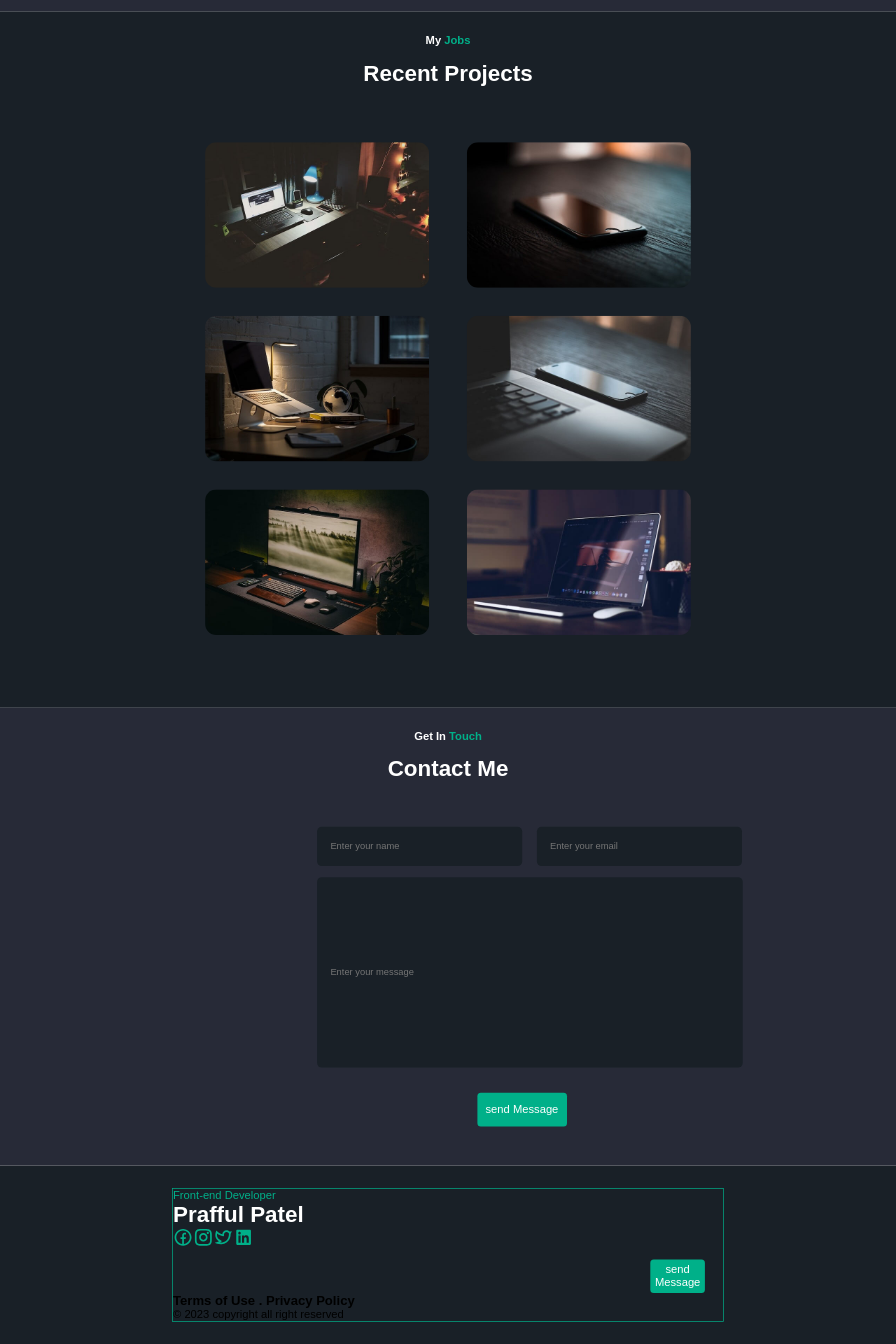
Repository: PraffulPatel27/Portfolio_2.0
Page: index.html
These files come from the project's save history. The page is drawn as it stood at one moment and after the next save; the edit follows.
The browser window is 1280 px wide. The pictures show the part of the page from y = 2303 to 4223 px (the page is 4223 px tall before and 4177 px after), at 70% of full size.

Above is the page before, as saved 2024-01-02 21:05:44.

### index.html
<!DOCTYPE html>
<html lang="en">
<head>
    <meta charset="UTF-8">
    <meta name="viewport" content="width=device-width, initial-scale=1.0">
    <title>Portfolio website complete</title>
    <link rel="stylesheet" href="style.css">
</head>
<body>

  <div class="container-first">
    <!-- /*********************** nav bar **************************/ -->
        <nav class="header">
            <h1>Portfolio</h1>

            <div class="nav-bar">
                <ul>
                    <li class="c1">Home</li>
                    <li> <a id="unique" href="#about">About</a></li>
                    <li>Services</li>
                    <li>Projects</li>
                    <li>Contact</li>
                </ul>
            </div>

        </nav>
        <!-- <div class="head-1"></div> -->



    <!-- /*********************** Section - 1 **************************/ -->
    <div class="first-main-content">
      <div class="left-content">
        <!-- <h1> Hi, </h1> -->
        <p class="ch"> Hello, </p>
        <p class="ch" id="bl"> I'm  </p>
        <h1 id="name-author"> Prafful Patel</h1>
        <h1> Front-end Developer </h1>

        <button class="btn"> Contact </button>
        <div class="social">
            <img src="images/insta.svg">
            <img src="images/fb.svg">
            <img src="images/github.svg">
        </div>
    </div>

   <img class="pic" src="images/profile-pic-circle.png">
   </div>


    <!-- /*********************** Section - 2 **************************/ -->
    <div class="section-2">
            <p class="heading-about"> About </p>

        <div class="front-2_under">
            <div class="left-content">
                <img class="left-img" src="images/image-portfolio.jpg">
            </div>

            <div class="right-para" id="about">
                <p class="heading-2"> I'am Prafful </p>
                <p class="description"> I'm Prafful Patel, a B.Tech. student specializing in AIML and
                    deiving into frontend development. With an unyielding passion
                    for emerging technologies, I'm committed to exploring the
                    digital frontier. My foundation in AIML, coupled with my
                    growing frontend skills, fuels my drive to push technological
                    boundaries and contribute to the ever-evolving tech
                    landscape. Thank you for visiting my portfolio; I eagerly
                    anticipate connecting with fellow enthusiasts and
                    organizations to shape the future of technology. </p>
            </div>
        </div>

    </div>


    <!-- /*********************** Section - 3 **************************/ -->

    <div class="section-3">
        <div class="bx-1">
            <p class="sm" > Favorite </p>
            <p class="sm" id="fsm"> Skills</p>
            <h1> My Skills</h1>

            <p class="skills-info">See fully what skills I have and perform, to
                develop the projects for you.</p>
            <button class="see-project"> See Projects </button>
        </div>

        <div class="bx-2">
          <div class="skill-nm">
            <p class="sl">01. </p>
            <p class="sl" id="lsm">HTML & CSS</p>
          </div>

          <div class="skill-nm">
            <p class="sl">02. </p>
            <p class="sl" id="lsm">JavaScript</p>
          </div>

          <div class="skill-nm">
            <p class="sl">03. </p>
            <p class="sl" id="lsm">Bootstrap</p>
          </div>

          <div class="skill-nm">
            <p class="sl">04. </p>
            <p class="sl" id="lsm">React</p>
          </div>
        </div>

        <div class="bx-2" id="bx-2_2">
            <div class="skill-nm">
                <p class="sl">05. </p>
                <p class="sl" id="lsm">Git & GitHub</p>
              </div>

              <div class="skill-nm">
                <p class="sl">06. </p>
                <p class="sl" id="lsm">Figma</p>
              </div>

              <div class="skill-nm">
                <p class="sl">07. </p>
                <p class="sl" id="lsm">C++</p>
              </div>
        </div>
    </div>


    <!-- /*********************** Section - 4 **************************/ -->
    <div class="section-4">
      <div class="head-4">
        <p class="sl" id="lsm">My</p>
        <p class="sl">Services</p>
      </div>

      <h1>What I Do</h1>

      <div class="do-box">
         <div class="box-1">
            <img src="./images/web-development.png">
            <h2>Web Developer</h2>
            <p>Development of custom web
                pages. Using current technologies
                and libraries of the labor field.</p>
         </div>

         <div class="box-1">
            <img src="./images/ui-ux-designe.svg">
            <h2>UI/UX Designer</h2>
            <p>I offer design of web interfaces and
                mobile applications, design made
                in figma, adobe xd and sketch.</p>
         </div>

         <div class="box-1">
            <img src="./images/graphic-design.png">
            <h2>Graphic Design</h2>
            <p>I make designs at the client's
                request, banner design, posters,
                digital designs among others.</p>
         </div>
      </div>
    </div>


    <!-- /*********************** Section - 5 **************************/ -->
    <div class="section-5">
        <div class="head-5">
          <p class="sl" id="lsm">My</p>
          <p class="sl">Jobs</p>
        </div>

        <h1>Recent Projects</h1>

        <div class="projects-box">
            <div class="pro-1">
               <img src="./images/project-img-1.jpg">
            </div>

            <div class="pro-1">
               <img src="./images/project-img-2.jpg">
            </div>

            <div class="pro-1">
               <img src="./images/project-img-3.jpg">
            </div>

            <div class="pro-1">
                <img src="./images/project-img-4.jpg">
            </div>

            <div class="pro-1">
                <img src="./images/project-img-5.jpg">
            </div>

            <div class="pro-1">
                <img src="./images/project-img-6.jpg">
            </div>

         </div>
    </div>


    <!-- /*********************** Section - 6 **************************/ -->
    <div class="section-6">
        <div class="head-6">
          <p class="sl" id="lsm">Get In </p>
          <p class="sl">Touch</p>
        </div>

        <h1>Contact Me</h1>

        <div class="contact">
          <div class="contact-box-1">
            <input type="name" class="fs-input" placeholder="Enter your name">
            <input type="email" class="fs-input" placeholder="Enter your email">
          </div>

          <div class="contact-box-2">
            <input type="text" id="contact-message" placeholder="Enter your message">
          </div>
        </div>
        <button class="contact-btn"> send Message </button>
    </div>


    <!-- /*********** footer section here ************/ -->
    <footer>
        <div class="footer-box-1">
            <p style="color: #00B089;"> Front-end Developer</p>
            <h1 style="color: #fff;"> Prafful Patel</h1>

          <div class="foot-icons-link">
            <img class="fb" src="images/fb.svg">
            <img class="ins" src="images/insta.svg">
            <img class="lid" src="images/twitter-line.svg">
            <img class="git" src="images/linkedin.svg">
          </div>

          <button class="contact-btn"> send Message </button>
            <h3 class="f-h3"> Terms of Use . Privacy Policy </h3>
            <p class="fp"> © 2023 copyright all right reserved </p>
        </div>
    </footer>

  </div>

</body>
</html>

### style.css
* {
    margin: 0;
    padding: 0;
    box-sizing: border-box;
    font-family: 'Poppins' , sans-serif;
    scroll-behavior: smooth;
    overflow-x: hidden;
}
.container-first {
    display: flex;
    flex-direction: column;
    flex-wrap: wrap;
    width: 100vw;
    align-items: center;
}
.main-con {
    margin-left: 10%;
    margin-right: 10%;
}

/*********************** Nav bar **************************/
.header {
    min-height: 90%;
    width: 100%;
    background-position: center;
    background-size: cover;
    position: relative;
    background-color: #192027;
    color: #fff;
}
nav {
    display: flex;
    padding: 1.6% 4%;
    align-items: center;
    justify-content: center;
}
.nav-bar {
    flex: 1;
    text-align: right;
}
.nav-bar ul li {
    list-style: none;
    display: inline-block;
    padding: 8px 18px;
    position: relative;
    /* font-weight: bold; */
    cursor: pointer;
    font-size: 0.88rem;
}
#unique {
    text-decoration: none;
    color: #fff;
}
#unique:hover {
    color: #00B089;
}
.nav-bar ul li::after  {
    content: '';
    width: 0%;
    height: 3.5px;
    background-color: #00B089;
    display: block;
    margin: auto;
    transition: 0.80s;
}
.nav-bar ul li:hover::after {
    width: 100%;
}
.nav-bar ul li:hover {
    color: #00B089;
}
nav h1 {
    font-size: 2rem;
    color: #00B089;
    margin-left: 1.7rem;
}

/*********************** Section - 1 **************************/
.first-main-content {
    width: 100%;
    background-color: #192027;
    padding-bottom: 7%;
    display: flex;
    justify-content: space-evenly;
    align-items: center;
    flex-direction: row;
    flex-wrap: wrap;
    align-items: center;
    /* border: 2px solid black; */
}
/* .head-1 {
    margin-top: -1.2%;
    opacity: 0.1;
    border: 0.8px solid black;
    width: 100%;
} */
.left-content {
    padding-top: 5%;
    padding-left: 10%;
    /* border: 2px solid black; */
}
.ch {
    display: inline;
    font-size: 33px;
    color: #fff;
}
#bl {
    color: #00B089;
}
#name-author {
    color: #00B089;
    margin-top: 1.2%;
    font-size: 3.3rem;
    margin-left: 0.1%;
}
.left-content h1 {
    line-height: 60px;
    color: #fff;
    font-size: 25px;
}
.btn {
    width: 10%;
    height: 3rem;
    margin-top: 7%;
    margin-left: 0.5%;
    border-radius: 10px;
    background: #00B089;
    border: none;
    cursor: pointer;
    color: white;
    font-size: 1rem;
    text-align: center;
}
.btn:hover {
    box-shadow: 0px 0px 30px #00B089;
    transition: 0.2s;
}
.social {
    margin-top: 4%;
    margin-left: -1%;
    /* border: 2px solid black; */
}
.social img {
    width: 3%;
    padding-left: 1%;
    cursor: pointer;
    /* background: none; */
}
.social img:hover {
    color: #00B089;
}
.pic {
    width: 20rem;
    margin-top:5%;
    margin-right: -62%;
    flex-wrap: wrap;
    position: absolute;
}

/*********************** Section - 2 **************************/
.section-2 {
    width: 100%;
    flex-wrap: wrap;
    align-items: center;
    display: flex;
    position: none;
    justify-content: space-evenly;
    background-color: #272A37;
    /* border: 2px solid red; */
}
.heading-about {
    text-align: center;
    margin-top: 5%;
    color: #00B089;
    font-size: 2.2rem;
    font-weight: 700;
    text-decoration: underline;
}
.front-2_under {
    display: flex;
    flex-direction: row;
    justify-content: space-evenly;
    align-items: center;
    margin-top: 2%;
    margin-left: 6.5%;
    margin-right: 9%;
    margin-bottom: 6%;
    /* border: 2px solid red; */
}
.left-content {
    flex: 1;
}
.left-content .left-img {
    width: 60%;
    max-width: 100%;
    height: auto;
    border-radius: 1%;
}
.right-para {
    flex: 1;
}
.heading-2 {
    font-size: 2.5rem;
    line-height: 70px;
    color: #fff;
}
.description {
    color: #858B96;
    letter-spacing: 1.5px;
    line-height: 28px;
    margin-top: 2%;
}

 /*********************** Section - 3 **************************/
 .section-3 {
    width: 100%;
    height: 28rem;
    padding-top: 5%;
    flex-wrap: wrap;
    display: flex;
    /* flex-direction: row; */
    padding-left: 10%;
    padding-right: 10%;
    background-color: #192027;
    /* border: 2px solid black; */
}
.sm {
    color: #fff;
    display: inline;
    font-weight: 700;
    font-size: 15px;
}
#fsm {
    color: #00B089;
}
.bx-1 h1 {
    margin-top: 2.8%;
    color: #fff;
}
.skills-info {
    color: #858B96;
    margin-top: 8%;
    margin-bottom: 4.5%;
    font-size: 15px;
}
.bx-1 {
    /* border: 2px solid green; */
    overflow: hidden;
    width: 38%;
    height: 94%;
    padding-top: 5%;
    padding-left: 12%;
    margin-right: 3%;
}
.see-project {
    width: 40%;
    height: 3rem;
    margin-top: 15%;
    margin-left: 0.5%;
    border-radius: 6px;
    background: #00B089;
    border: none;
    cursor: pointer;
    color: white;
    font-size: 0.88rem;
    text-align: center;
}
.see-project:hover {
    box-shadow: 0px 0px 30px #00B089;
    transition: 0.2s;
}

.bx-2 {
    /* border: 2px solid red; */
    width: 27%;
    margin-top: 8%;
    padding-left: 10%;
}
#bx-2_2 {
    padding-left: 3%;
}
.skill-nm {
    margin-bottom: 10%;
}
.sl {
    color: #00B089;
    display: inline;
}
#lsm {
    color: #fff;
}

/*********************** Section - 4 **************************/
.section-4 {
    width: 100%;
    /* height: 30rem; */
    background-color: #272A37;
    padding-bottom: 4rem;
}
.head-4 {
    text-align: center;
    font-weight: 700;
    margin-top: 2.5%;
}
.section-4 h1 {
    margin-top: 1.5%;
    text-align: center;
    color: #fff;
}
.do-box {
    /* border: 1.5px solid white; */
    display: flex;
    margin-top: 5rem;
    /* margin-left: 5rem; */
    /* margin-right: 5rem; */
    padding: 2rem 2rem 2rem 14rem;
}
.box-1 {
    /* border: 1.5px solid orange; */
    width: 21rem;
    height: 20rem;
    border-radius: 15px;
    margin-right: 2.5rem;
    background-color: #192027;
}

.box-1:hover {
    border: 1px solid #00B089;
}
.box-1 img {
    width: 12%;
    margin: 5rem 0 0 9.1rem;
}
.box-1 h2 {
    text-align: center;
    color: #fff;
    margin-top: 1.5rem;
}
.box-1 p {
    color: #858B96;
    margin-top: 2rem;
    text-align: center;
    padding-left: 2.5rem;
    padding-right: 2.5rem;
}

.section-5 {
    width: 100%;
    background-color:#192027;
    padding-bottom: 4rem;
}
.section-5 h1 {
    margin-top: 1.5%;
    text-align: center;
    color: #fff;
}
.head-5 {
    text-align: center;
    font-weight: 700;
    margin-top: 2.5%;
}
.projects-box {
    margin-top: 5rem;
    display: flex;
    flex-wrap: wrap;
    justify-content: space-evenly;
    padding-left: 15rem;
    padding-right: 15rem;
}
.pro-1 {
    /* border: 1px solid #00B089; */
    border-radius: 16px;
    width: 20rem;
    height: 13rem;
    margin-bottom: 2.5rem;
}
.pro-1 img {
    display: block;
    object-fit: cover;
    width: 100%;
    height: 100%;
    /* border-radius: 16px; */

}

.section-6 {
    width: 100%;
    background-color:#272A37;
    padding-bottom: 3.5rem;
}
.section-6 h1 {
    margin-top: 1.5%;
    text-align: center;
    color: #fff;
}
.head-6 {
    text-align: center;
    font-weight: 700;
    margin-top: 2.5%;
}
.contact {
    /* border: 1px solid #00B089; */
    margin-top: 3.5rem;
    /* height: 21rem; */
    /* padding-left: 25rem; */
}
.contact-box-1 {
    width: 40rem;
    margin-left: 27.8rem;
    padding: 0.5rem 0.5rem 0.5rem 0.5rem;
    /* border: 1px solid #00B089; */
}
.contact-box-2 {
    width: 40rem;
    margin-left: 27.8rem;
    padding: 0.5rem 0.5rem 0.5rem 0.5rem;
    /* border: 1px solid #00B089; */
}
.fs-input {
    width: 47%;
    height: 3.5rem;
    border-radius: 6.5px;
    background-color: #192027;
    color: #858B96;
    padding-left: 1.2rem;
    margin-right: 1rem;
    border: none;
}
.fs-input::after {
    border: none;
}
#contact-message {
    width: 38rem;
    height: 17rem;
    border: none;
    padding-left: 1.2rem;
    padding-top: -2rem;
    border-radius: 6.5px;
    background-color: #192027;
    color: #858B96;
}
.contact-btn {
    width: 10%;
    height: 3rem;
    margin-top: 2.2%;
    margin-left: 42.6rem;
    border-radius: 5px;
    background: #00B089;
    border: none;
    cursor: pointer;
    color: white;
    font-size: 1rem;
    text-align: center;
}
/* .contact-btn:hover {
    box-shadow: 0px 0px 30px #00B089;
    transition: 0.2s;
} */

footer {
    width: 100%;
    background-color: #192027 !important;
    display: flex;
    justify-content: center;
    align-items: center;
    display: flex;
    padding: 2rem 2rem 2rem 2rem;
    /* border: 1px solid #00B089; */
}
.footer-box-1 {
    border: 1px solid #00B089;
}
.foot-icons-link {
    display: flex;
    width: 7.2rem;
}

After the next save:
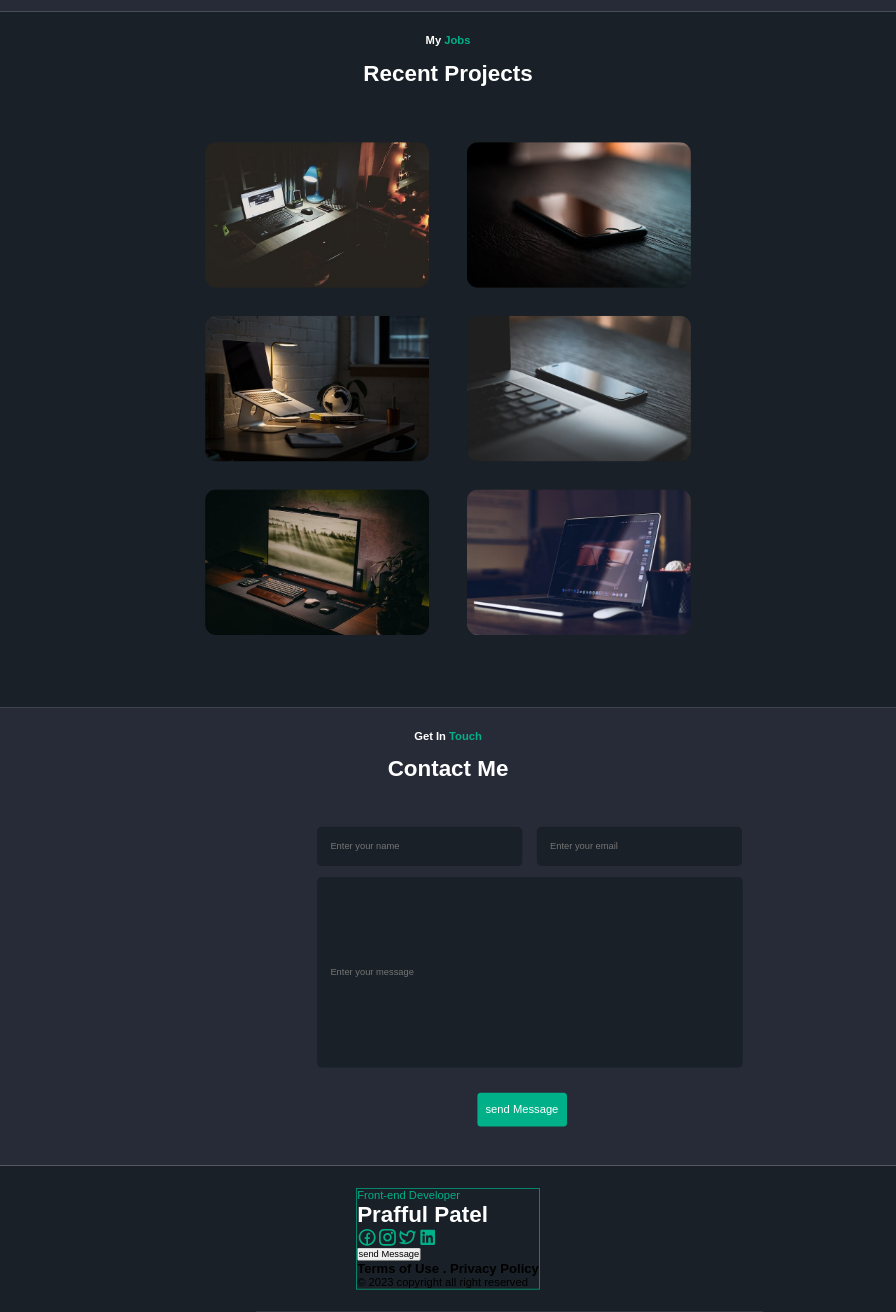
Saved 6 s later.
--- a/index.html
+++ b/index.html
@@ -240,7 +240,7 @@
             <img class="git" src="images/linkedin.svg">
           </div>
 
-          <button class="contact-btn"> send Message </button>
+          <button class="footer-btn"> send Message </button>
             <h3 class="f-h3"> Terms of Use . Privacy Policy </h3>
             <p class="fp"> © 2023 copyright all right reserved </p>
         </div>
